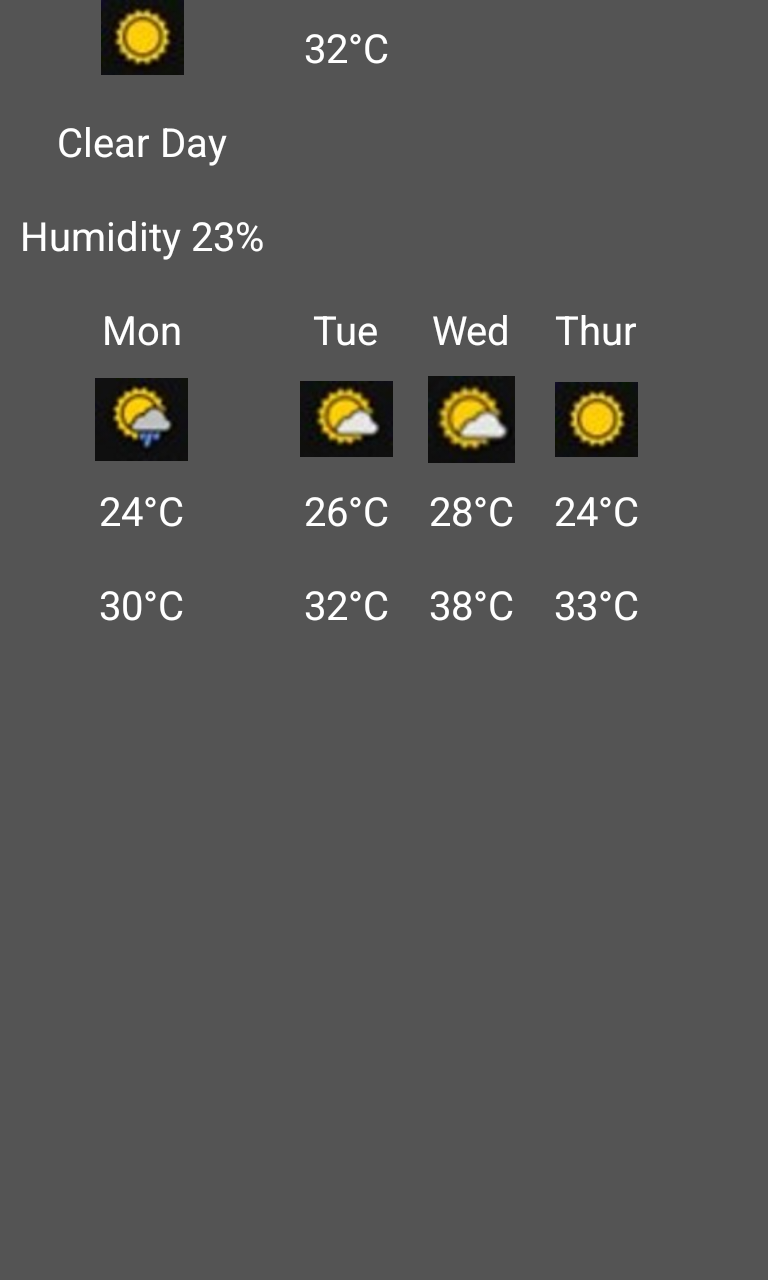
Repository: 12030121002/androideventhandling
Layout: Demo/res/layout/weather.xml
The author's editor kept a copy of each file at every save. The layout is drawn from the files as they stood at one save, then again after the next save.
It is drawn on a 768 x 1280 px phone screen (xhdpi) without system bars, with theme AppTheme; the app's code is not run.

Above is the layout before, as saved 2014-12-08 05:08:31.

After the next save:
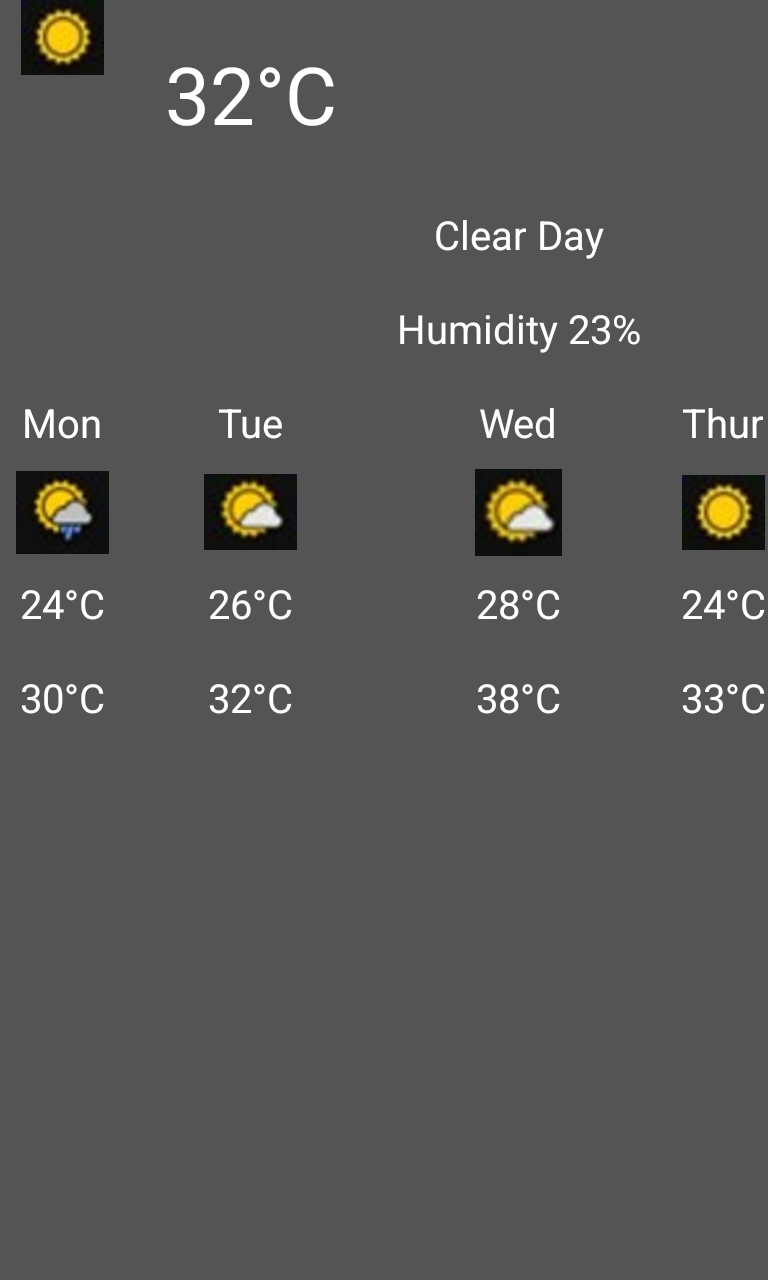
Saved 4 min 31 s later.
--- a/Demo/res/layout/weather.xml
+++ b/Demo/res/layout/weather.xml
@@ -18,8 +18,8 @@
         android:layout_height="wrap_content"
    		android:text="@string/deg"
         android:textColor="@color/white"
-        android:padding="10dp"
-        android:textSize="20sp"
+        android:padding="20dp"
+        android:textSize="40sp"
         />
     </TableRow>
   <TableRow android:layout_width="wrap_content"
@@ -33,6 +33,7 @@
         android:padding="10dp"
         android:textSize="20sp"
         android:layout_gravity="center"
+        android:layout_column="2"
         />
     </TableRow>
  <TableRow android:layout_width="wrap_content"
@@ -46,7 +47,7 @@
         android:padding="10dp"
         android:textSize="20sp"
         android:layout_gravity="center"
-     />
+     android:layout_column="2"/>
 
        </TableRow>
    <TableRow android:layout_width="wrap_content"
